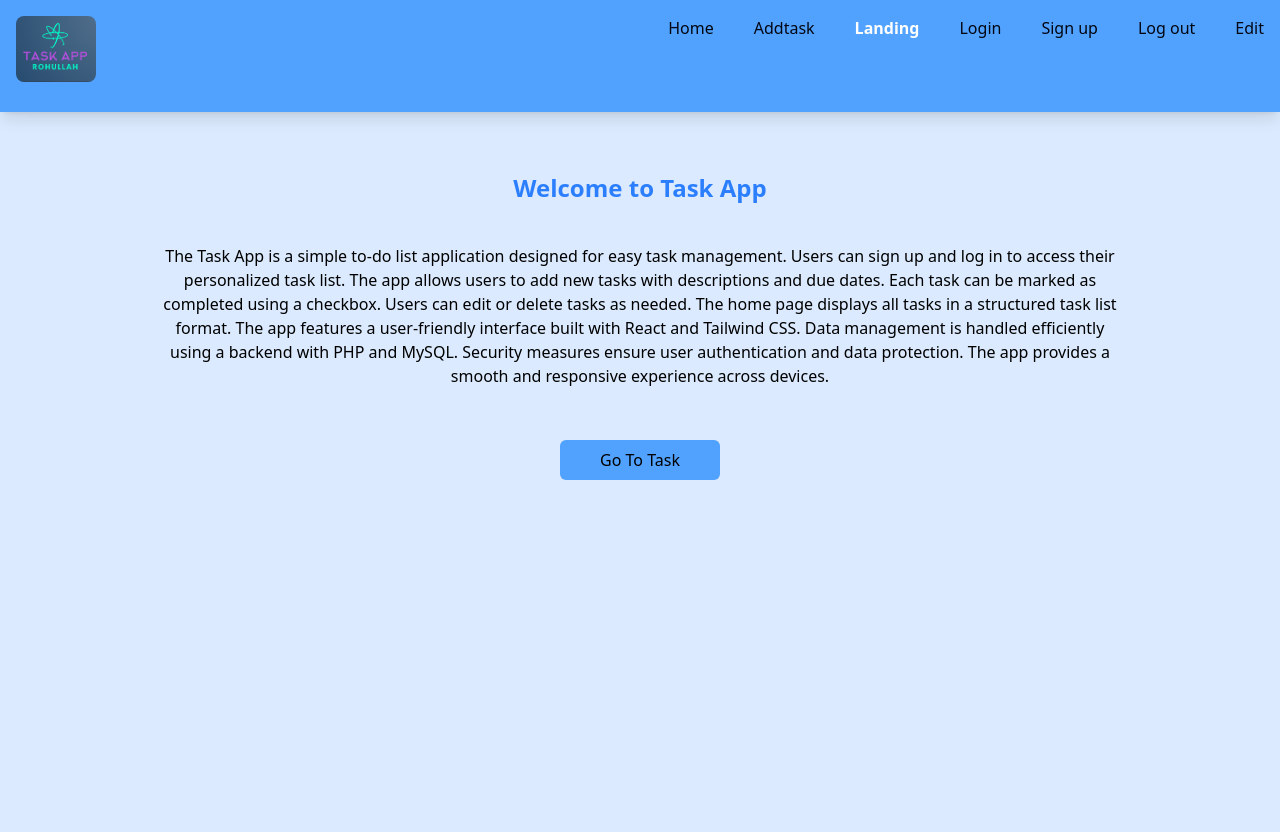
Repository: Rohullah-Noori/TaskApp
Page: /
An editor plug-in stored every save of this project. The page is shown before and after the next save, followed by the edit.
The browser window is 1280 px wide. The pictures show the whole page.
The project was rebuilt for these pictures with package versions that can differ from the ones it lists, and the page was loaded fresh each time. Also part of the build but not shown: vite.config.js, src/components/Loader.jsx, src/pages/Home.jsx, src/components/Form.jsx, src/pages/Login.jsx, src/pages/Signup.jsx, src/pages/Addtask.jsx, src/pages/Edittask.jsx and 2 more.

Above is the page before, as saved 2025-02-27 08:44:56.

### src/index.css
@import "tailwindcss";

.input {
  @apply border-3 border-blue-200 focus:outline-blue-500 w-full rounded-md p-1;
}

.containerForm {
  @apply flex items-center justify-center h-screen bg-blue-100 flex-grow overflow-y-auto;
}
.parentContainerForm {
  @apply w-full max-w-md bg-white p-8 rounded-lg shadow-lg;
}

.heading {
  @apply text-3xl font-bold mb-6 text-gray-800 text-center p-4;
}

.taskContainer {
  @apply bg-blue-100 h-screen justify-center flex;
}
.taskinnerContainer {
  @apply mt-10 text-center h-[90%]  shadow-lg bg-amber-50  rounded-xl p-10  max-w-md w-full;
}

.btndesign {
  @apply mt-3 cursor-pointer rounded-md py-2 mb-2  w-40 bg-blue-400  hover:bg-blue-500 hover:text-white;
}

### src/App.jsx
import { TasksProvider } from "./components/TaskContext";
import { BrowserRouter as Router, Routes, Route } from "react-router-dom";
// import PrivateRoute from "./components/PrivateRoute";
import { AuthProvider } from "./components/PrivateContext";
import Landing from "./pages/Landing";
import Home from "./pages/Home";
import Login from "./pages/Login";
import Signup from "./pages/Signup";
import Addtask from "./pages/Addtask";
import Edittask from "./pages/Edittask";
import Errorpage from "./pages/Errorpage";
import Logout from "./pages/Logout";

function App() {
  return (
    <>
      <Router>
        <AuthProvider>
          <TasksProvider>
            <Routes>
              {/* <Route path="/" element={<PrivateRoute />}></Route> */}
              <Route index element={<Landing />} />
              <Route path="/addtask" element={<Addtask />} />
              <Route path="/home" element={<Home />} />
              <Route path="/edit-task/:taskId" element={<Edittask />} />
              <Route path="/login" element={<Login />} />

              <Route path="/signup" element={<Signup />} />
              <Route path="/logout" element={<Logout />} />

              <Route path="/*" element={<Errorpage />} />
            </Routes>
          </TasksProvider>
        </AuthProvider>
      </Router>
    </>
  );
}

export default App;

### src/components/TaskContext.jsx
import { createContext, useContext, useState } from "react";

const TaskContext = createContext();
export const TasksProvider = ({ children }) => {
  const [tasks, setTasks] = useState([]);
  const [loading, setIsloading] = useState(false);
  const addtask = (newtask) => {
    setTasks((prevtask) => [...prevtask, newtask]);
  };

  const updateTask = (taskId, taskdata) => {
    setTasks((prevtask) =>
      prevtask.map((task) =>
        task.id === Number(taskId)
          ? {
              ...task,
              title: taskdata.title,
              startTime: taskdata.startTime,
              endTime: taskdata.endTime,
            }
          : task
      )
    );
  };

  return (
    <TaskContext.Provider
      value={{
        tasks,
        addtask,
        setTasks,
        loading,
        setIsloading,
        updateTask,
      }}
    >
      {children}
    </TaskContext.Provider>
  );
};

export const useTasks = () => useContext(TaskContext);

### src/components/PrivateContext.jsx
import { createContext, useContext, useEffect, useState } from "react";
import { useNavigate } from "react-router-dom";

const AuthContext = createContext();
export const AuthProvider = ({ children }) => {
  const [islogin, setIslogin] = useState(() => {
    return localStorage.getItem("islogin") === "true";
  });
  const navigate = useNavigate();

  useEffect(
    function () {
      localStorage.setItem("islogin", islogin ? "true" : "false");
    },

    [islogin]
  );

  const login = () => {
    setIslogin(true);
    navigate("/home");
  };

  const logout = () => {
    setIslogin(false);
    navigate("/login");
  };

  return (
    <AuthContext.Provider value={{ login, logout, islogin }}>
      {children}
    </AuthContext.Provider>
  );
};

export const useAuth = () => useContext(AuthContext);

### src/pages/Landing.jsx
import { Link, useNavigate } from "react-router-dom";
import Button from "../components/Button";
import Navbar from "../components/Navbar";
import { useEffect, useState } from "react";
import Loader from "../components/Loader";

function Landing() {
  const [loading, setIsloading] = useState(false);
  const navigate = useNavigate();

  function handleClick() {
    setIsloading(true);
    setTimeout(() => {
      navigate("/home");
      setIsloading(false);
    }, 1000);
  }

  return (
    <>
      <Navbar />
      <div className="flex bg-blue-100 justify-items-center  sm:h-screen justify-center">
        <div className=" text-center mt-15 px-10 sm:px-20 md:px-30 lg:px-40 ">
          <h2 className="font-bold sm:text-2xl text-blue-500 ">
            Welcome to Task App
          </h2>
          <p className="mt-10">
            The Task App is a simple to-do list application designed for easy
            task management. Users can sign up and log in to access their
            personalized task list. The app allows users to add new tasks with
            descriptions and due dates. Each task can be marked as completed
            using a checkbox. Users can edit or delete tasks as needed. The home
            page displays all tasks in a structured task list format. The app
            features a user-friendly interface built with React and Tailwind
            CSS. Data management is handled efficiently using a backend with PHP
            and MySQL. Security measures ensure user authentication and data
            protection. The app provides a smooth and responsive experience
            across devices.
          </p>
          <div className="mt-10">
            {loading && <Loader />}
            <Button onClick={handleClick}>Go To Task</Button>
          </div>
        </div>
      </div>
    </>
  );
}

export default Landing;

### src/components/Button.jsx
function Button({ children, onClick, disabled }) {
  return (
    <button onClick={onClick} disabled={disabled} className="btndesign">
      {children}
    </button>
  );
}

export default Button;

### src/components/Navbar.jsx
import { Link, useLocation } from "react-router-dom";
import { useState } from "react";
function Navbar() {
  const location = useLocation();
  const [Open, setIsOpen] = useState(false);

  function Toggle() {
    setIsOpen(!Open);
  }

  return (
    <nav className="bg-blue-400  flex shadow-lg p-4  justify-between    sticky top-0 z-10 ">
      <div className="size-20  ">
        <img src="../src/assets/logo/Capture.PNG" className="rounded-lg" />
      </div>
      <div className="lg:hidden">
        <button className="text-white" onClick={Toggle}>
          <svg
            xmlns="http://www.w3.org/2000/svg"
            fill="none"
            viewBox="0 0 24 24"
            stroke="currentColor"
            className="h-6 w-6"
          >
            <path
              strokeLinecap="round"
              strokeLinejoin="round"
              strokeWidth="2"
              d="M4 6h16M4 12h16M4 18h16"
            />
          </svg>
        </button>
      </div>
      <ul className=" hidden lg:flex space-x-10">
        {[
          {
            path: "/home",
            label: "Home",
          },
          {
            path: "/addtask",
            label: "Addtask",
          },
          {
            path: "/",
            label: "Landing",
          },
          {
            path: "/login",
            label: "Login",
          },

          {
            path: "/signup",
            label: "Sign up",
          },
          {
            path: "/logout",
            label: "Log out",
          },
          {
            path: "/edit-task/:taskID",
            label: "Edit",
          },
        ].map((item) => (
          <li key={item.path}>
            <Link
              to={item.path}
              className={`hover:text-amber-50 active:text-amber-50 ${
                location.pathname === item.path
                  ? "text-white font-bold"
                  : "text-gray-950"
              }`}
            >
              {item.label}
            </Link>
          </li>
        ))}
      </ul>
      <div
        className={`${
          Open ? "block" : "hidden"
        } absolute w-full top-24 flex flex-col justify-center items-start pl-6  text-center left-0 bg-blue-400 text-white text-center py-4`}
      >
        {[
          {
            path: "/home",
            label: "Home",
          },
          {
            path: "/addtask",
            label: "Addtask",
          },
          {
            path: "/",
            label: "Landing",
          },
          {
            path: "/login",
            label: "Login",
          },

          {
            path: "/signup",
            label: "Sign up",
          },
          {
            path: "/edittask",
            label: "Edit",
          },
        ].map((item) => (
          <Link
            key={item.path}
            to={item.path}
            className={`hover:text-amber-50 active:text-amber-50 ${
              location.pathname === item.path
                ? "text-white font-bold"
                : "text-gray-950"
            }`}
          >
            {item.label}
          </Link>
        ))}
      </div>
    </nav>
  );
}

export default Navbar;

Loaded but not shown: index.html (common file); src/main.jsx (common file)

After the next save:
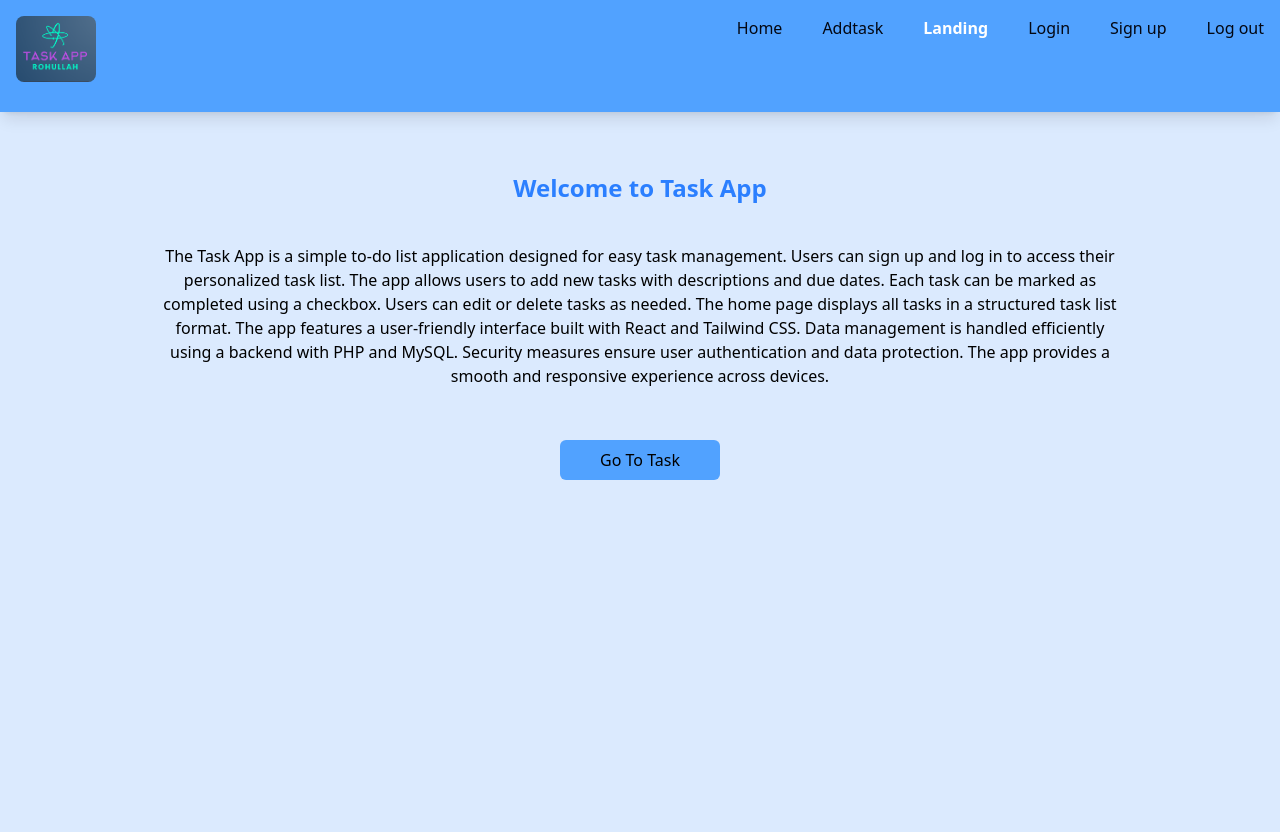
Saved 96 s later.
--- a/src/components/Navbar.jsx
+++ b/src/components/Navbar.jsx
@@ -57,10 +57,6 @@ function Navbar() {
           {
             path: "/logout",
             label: "Log out",
-          },
-          {
-            path: "/edit-task/:taskID",
-            label: "Edit",
           },
         ].map((item) => (
           <li key={item.path}>
